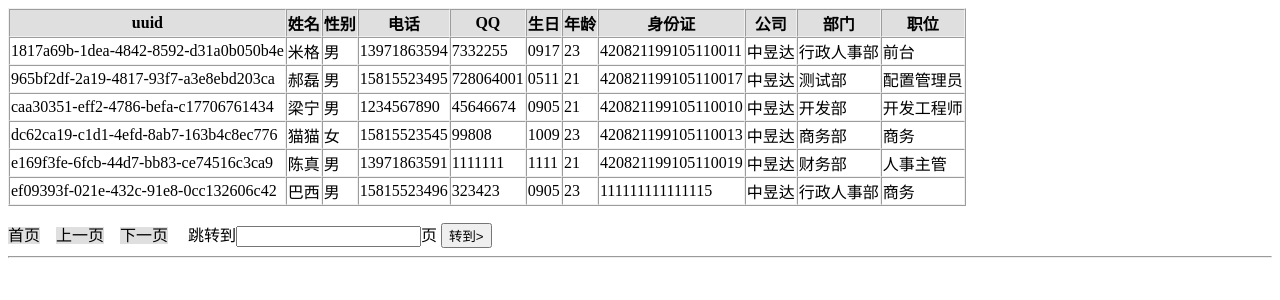
Repository: 728064001/MyProject
Page: http://localhost/CMS/test.jsp
The author's editor kept a copy of each file at every save. The page is drawn from the files as they stood at one save, then again after the next save.
The browser window is 1280 px wide. The pictures show the whole page.
The page is served by Tomcat 9.

Above is the page before, as saved 2013-08-07 11:34:16.

After the next save:
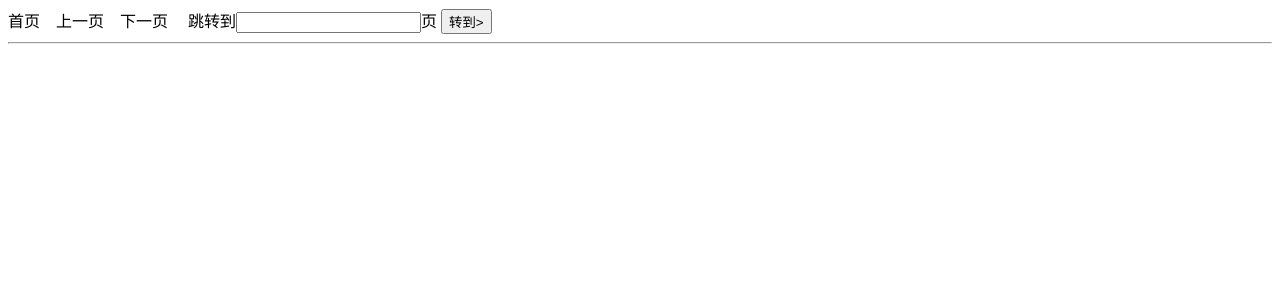
Console error: SyntaxError: missing ) after argument list
Saved 34 s later.
--- a/cms-server-code/CMS/WebRoot/test.jsp
+++ b/cms-server-code/CMS/WebRoot/test.jsp
@@ -41,7 +41,7 @@
 
 			var pagem = 6;//每页显示行
 
-			var dom_table = $("<table></table>");
+			var dom_table = $("<table id="personinfo"></table>");
 			dom_table.attr("border","1px");
 			dom_table.attr("cellspacing","0px");
 			dom_table.attr("id","tab");

After the 3 saves that followed:
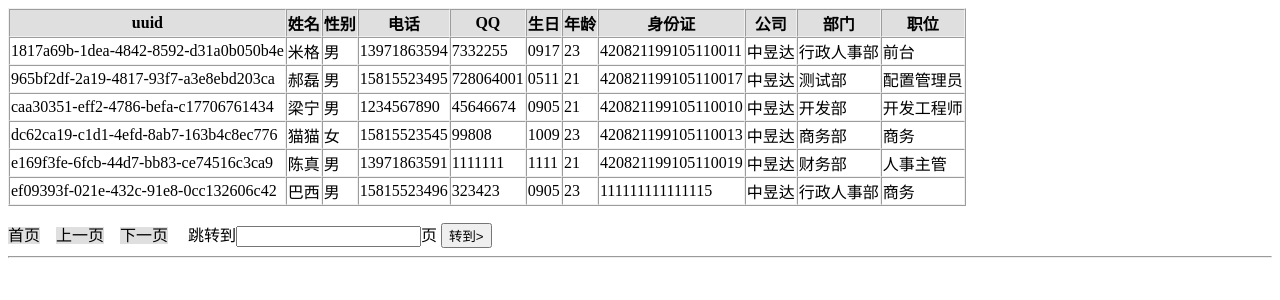
The error is gone.
The 3 saves are shown as one change because 2 left the picture as it was.
The last was saved 36 s later.
--- a/cms-server-code/CMS/WebRoot/test.jsp
+++ b/cms-server-code/CMS/WebRoot/test.jsp
@@ -41,7 +41,7 @@
 
 			var pagem = 6;//每页显示行
 
-			var dom_table = $("<table id="personinfo"></table>");
+			var dom_table = $("<table id='personinfo'></table>");
 			dom_table.attr("border","1px");
 			dom_table.attr("cellspacing","0px");
 			dom_table.attr("id","tab");
